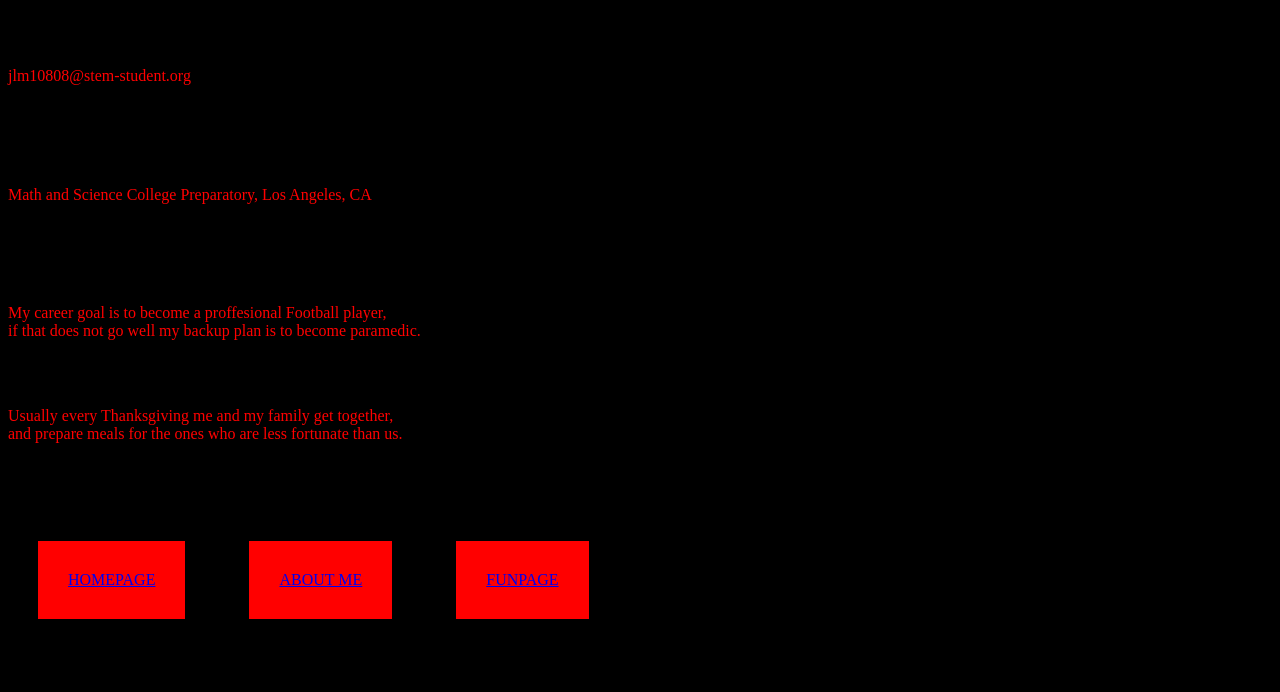
Repository: jlm10808/jlm10808github.io
Page: RESUME.html
The author's editor kept a record of every edit. The page is drawn from the files as they stood at one moment, then again after the next edit.
The browser window is 1280 px wide. The pictures show the whole page.

Above is the page before.

After the next edit:
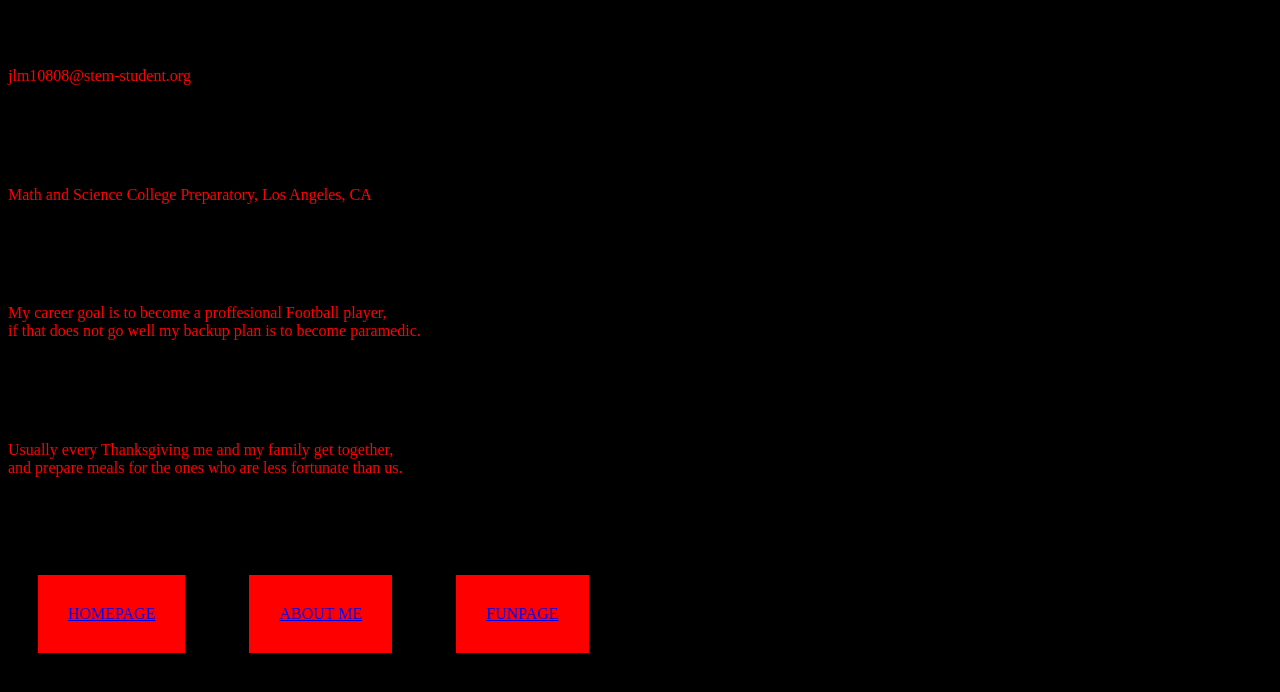
The edit:
--- a/RESUME.html
+++ b/RESUME.html
@@ -12,7 +12,7 @@
 <p>Math and Science College Preparatory, Los Angeles, CA</p><br>
 
 <h2>CAREER PLAN</h2>
-<p>My career goal is to become a proffesional Football player,<br> if that does not go well my backup plan is to become paramedic.</p>
+<p>My career goal is to become a proffesional Football player,<br> if that does not go well my backup plan is to become paramedic.</p><br>
 
   <h2>VOLUNTEER EXPERIENCE</h2>
   <p>Usually every Thanksgiving me and my family get together,<br> and prepare meals for the ones who are less fortunate than us.</p>
